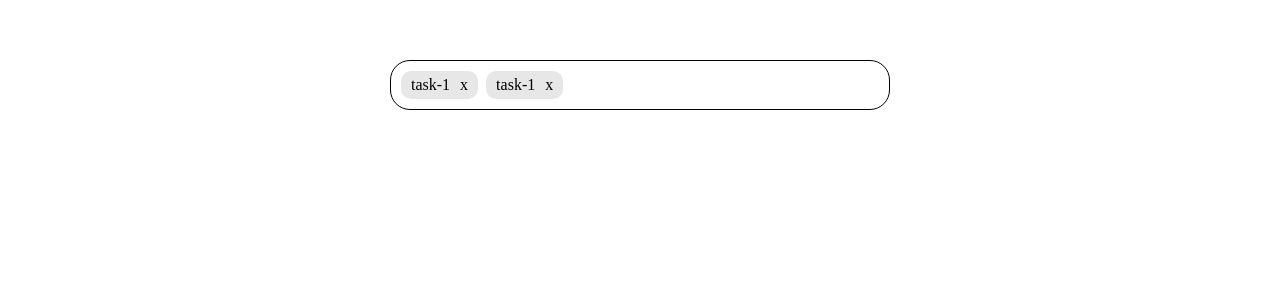
Repository: OkazakiTruong/selectOption
Page: /
These files come from the project's save history. The page is drawn as it stood at one moment and after the next save; the edit follows.
The browser window is 1280 px wide. The pictures show the whole page.
The project was rebuilt for these pictures with package versions that can differ from the ones it lists, and the page was loaded fresh each time. Also part of the build but not shown: vite.config.js.

Above is the page before, as saved 2024-01-17 21:08:58.

### src/App.jsx
import React from "react";
import { SelectBoxContainer } from "./SelectBox/SelectBoxContainer";

export default function App() {
  return (
    <div>
      <SelectBoxContainer />
    </div>
  );
}

### src/SelectBox/SelectBoxContainer.jsx
import React from "react";
import "./selectbox.css";

export const SelectBoxContainer = () => {
  return (
    <div className="select-container">
      <div className="select-input">
        <div className="select-item">
          <span>task-1</span>
          <span className="btn-delete">x</span>
        </div>
        <div className="select-item">
          <span>task-1</span>
          <span className="btn-delete">x</span>
        </div>
        <input className="input"></input>
      </div>
    </div>
  );
};

### src/SelectBox/selectbox.css
.select-container {
  width: 500px;
  margin: 60px auto;
}
.select-input {
  display: flex;
  flex-wrap: wrap;
  align-items: center;
  justify-content: flex-start;
  width: 500px;
  padding: 10px;
  border: 1px solid black;
  border-radius: 20px;
  gap: 8px;
}
.select-input .input {
  border: none;
  outline: none;
}
.select-item {
  padding: 5px 10px;
  background-color: #e7e7e7;
  border-radius: 10px;
  display: flex;
  align-items: center;
}
.select-item .btn-delete {
  margin-left: 10px;
}

Loaded but not shown: index.html (common file); src/main.jsx (common file); src/index.css (common file)

After the next save:
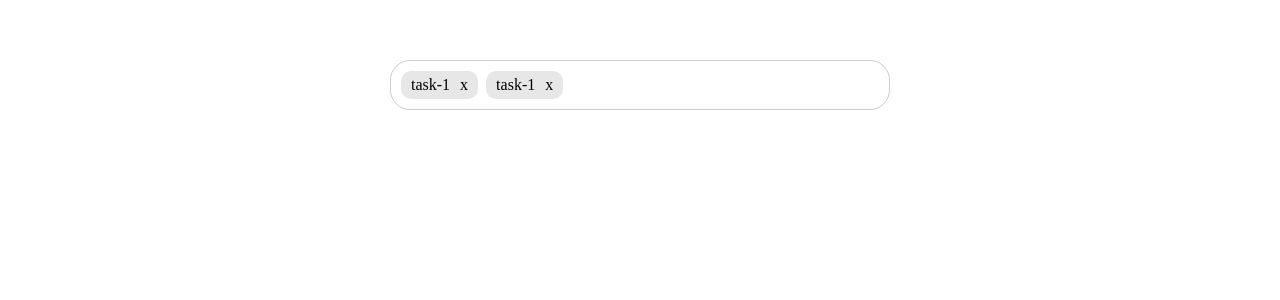
Saved 16 s later.
--- a/src/SelectBox/selectbox.css
+++ b/src/SelectBox/selectbox.css
@@ -9,7 +9,7 @@
   justify-content: flex-start;
   width: 500px;
   padding: 10px;
-  border: 1px solid black;
+  border: 1px solid #ccc;
   border-radius: 20px;
   gap: 8px;
 }
